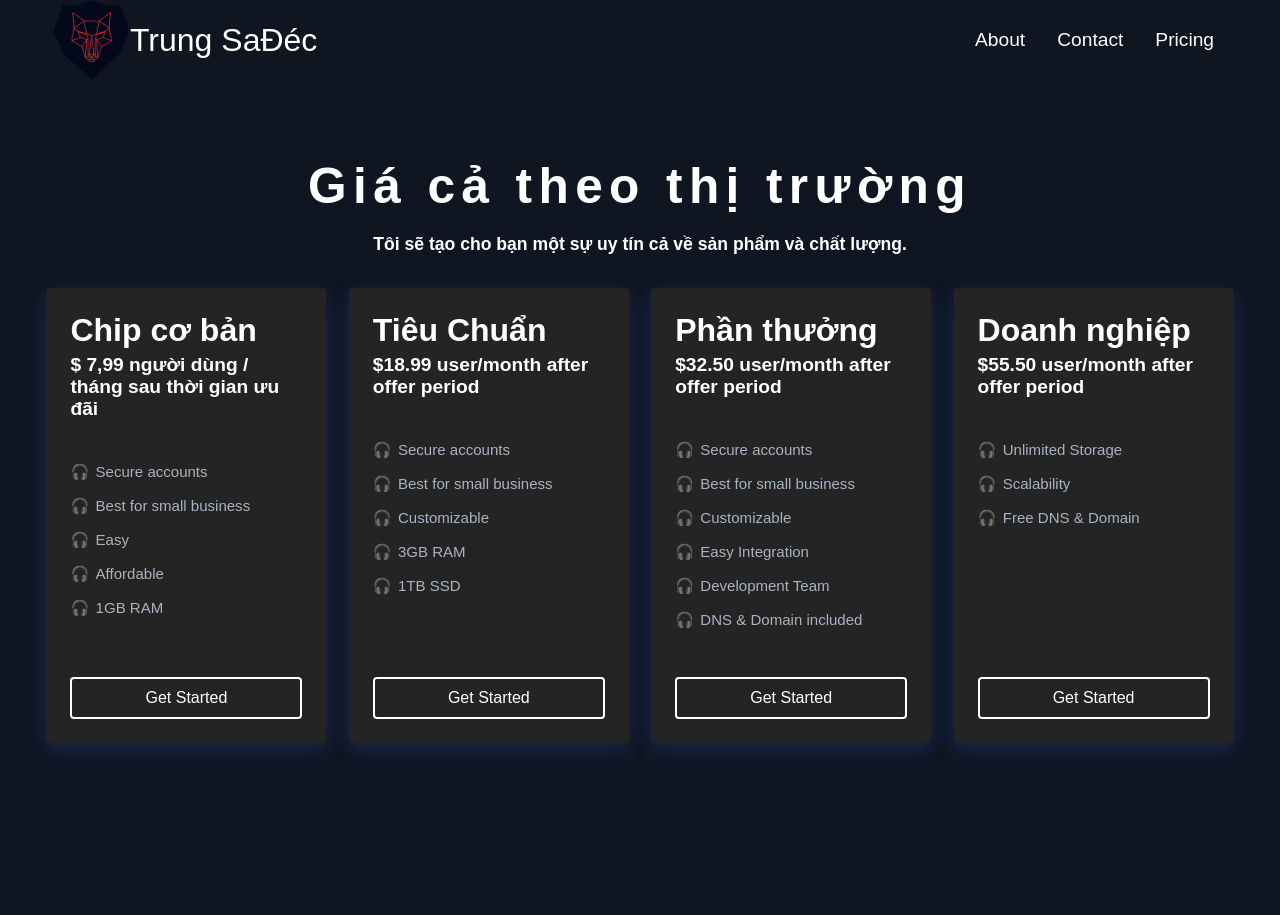
Repository: fdhhhdjd/Profile-Gift-B_H_Q_Trung
Page: /pricing
These files come from the project's save history. The page is drawn as it stood at one moment and after the next save; the edit follows.
The browser window is 1280 px wide. The pictures show the whole page.
The project was rebuilt for these pictures with package versions that can differ from the ones it lists, and the page was loaded fresh each time. Also part of the build but not shown: src/App.css, src/Pages/Home.js, src/Styles/HeroStyles.js, src/Components/Hero.js. Imported but missing from the stored project, and not drawn on this page: src/Pages/SignUpPage.

Above is the page before, as saved 2021-10-28 16:54:16.

After the next save:
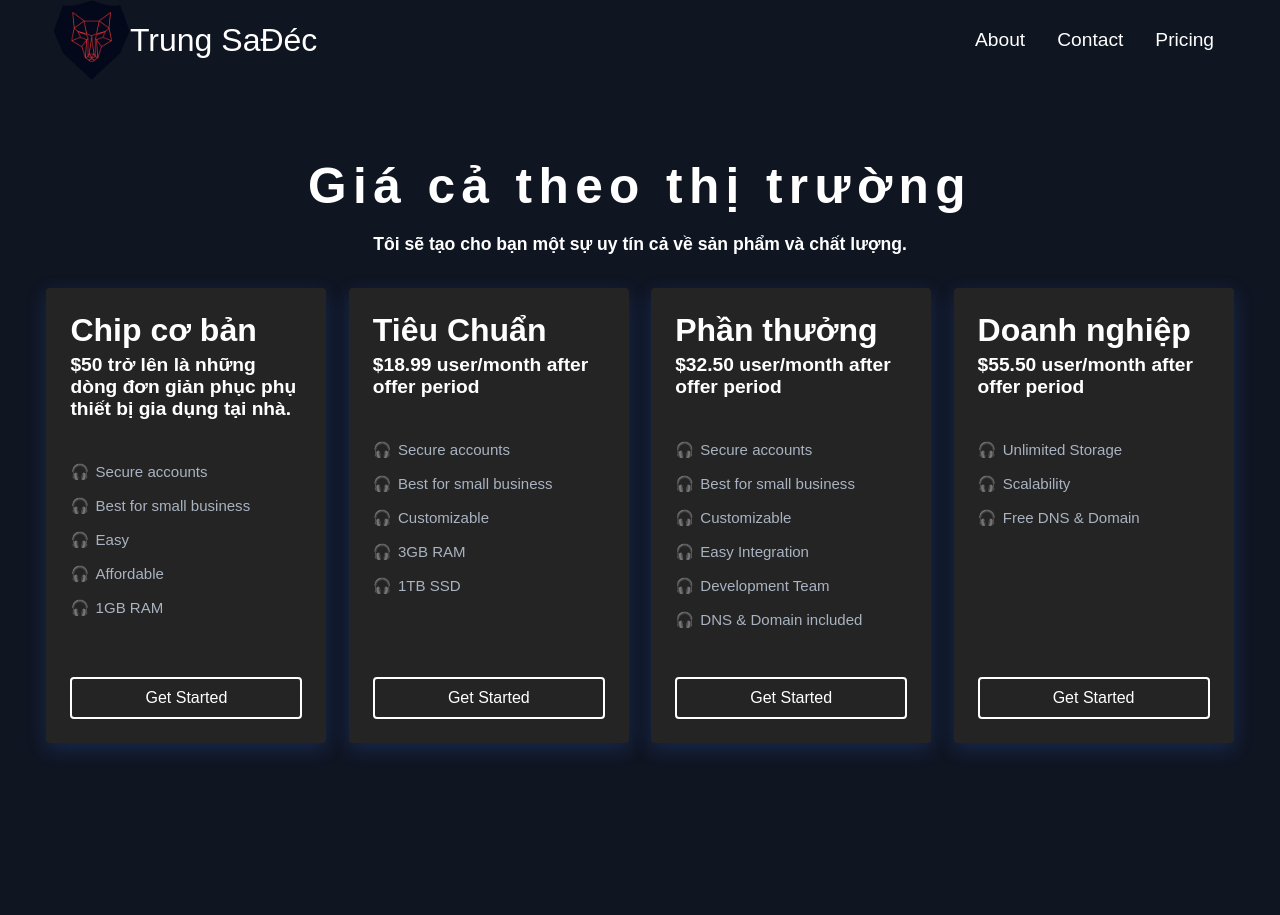
Saved 3 min 21 s later.
--- a/src/Data/PricingData.js
+++ b/src/Data/PricingData.js
@@ -1,8 +1,9 @@
 export const pricingData = [
   {
     title: "Chip cơ bản",
-    price: "$ 7,99 người dùng / tháng sau thời gian ưu đãi",
-    numAcc: "50-100 accounts",
+    price:
+      "$50 trở lên là những dòng đơn giản phục phụ thiết bị gia dụng tại nhà.",
+    numAcc: "Sẽ được tư vấn",
     features: [
       "Secure accounts",
       "Best for small business",
